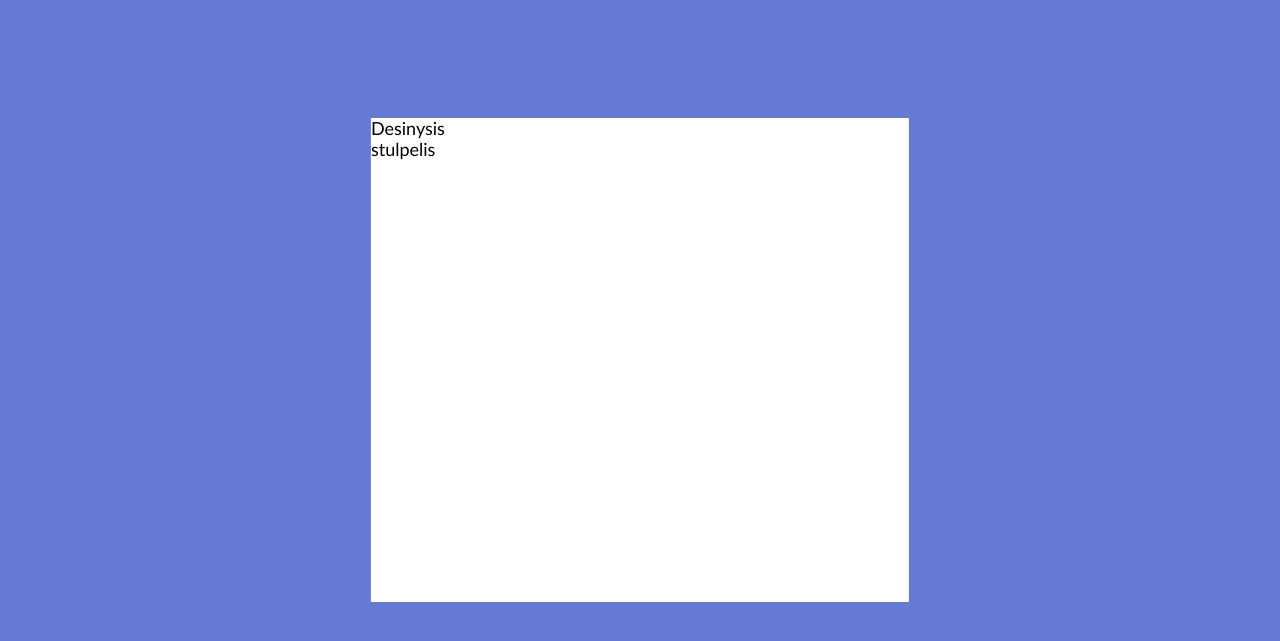
Repository: motiejus1/11-paskaita-adobexd-registracija
Page: index.html
The author's editor kept a copy of each file at every save. The page is drawn from the files as they stood at one save, then again after a run of saves.
The browser window is 1280 px wide. The pictures show the whole page.

Above is the page before, as saved 2021-06-17 18:44:24.

### index.html
<!DOCTYPE html>
<html lang="en">
<head>
    <meta charset="UTF-8">
    <meta http-equiv="X-UA-Compatible" content="IE=edge">
    <meta name="viewport" content="width=device-width, initial-scale=1.0">
    <title>Registracija</title>
    <style>
        html {
            font-size: 18px;
        }

        body {
            max-width: 1920px;
            background-color: #657AD3;
            font: normal normal normal 1rem/1.1667rem Gill Sans MT;
        }

        .container {
            width: 42.05%;
            background-color: #FFFFFF;
            position: absolute;
            top: 50%;
            left: 50%;
            transform: translate(-50%, -50%)
        }

        .left-column, .right-column {
            float:left;
            height: 26.8889rem;
        }

        .left-column {
            width: 40%;
        }

        .right-column {
            width: 60%;
        }

    </style>

</head>
<body>

    <div class="container">

        <div class="left-column">
            <div class="left"
        </div>
        <div class="right-column">Desinysis stulpelis</div>
    </div>

</body>
</html>

After the next 2 saves:
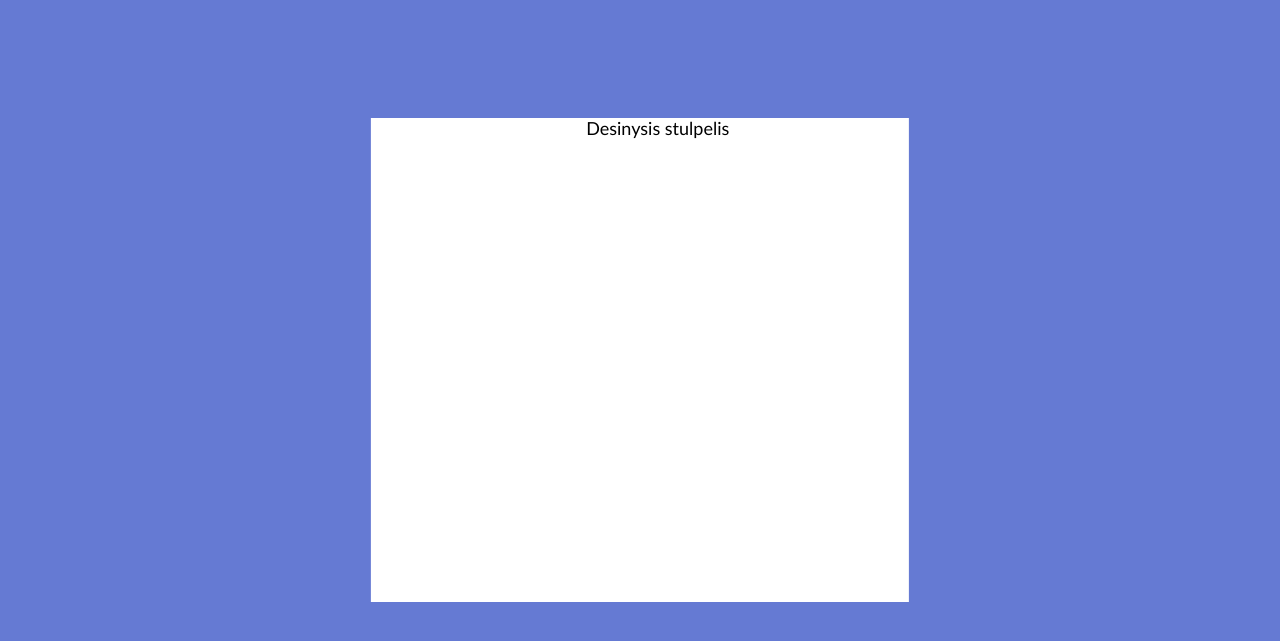
The 2 saves are shown as one change because they came seconds apart.
The last was saved 6 s later.
--- a/index.html
+++ b/index.html
@@ -46,7 +46,9 @@
     <div class="container">
 
         <div class="left-column">
-            <div class="left"
+            <div class="left-column-container">
+
+            </div>
         </div>
         <div class="right-column">Desinysis stulpelis</div>
     </div>
